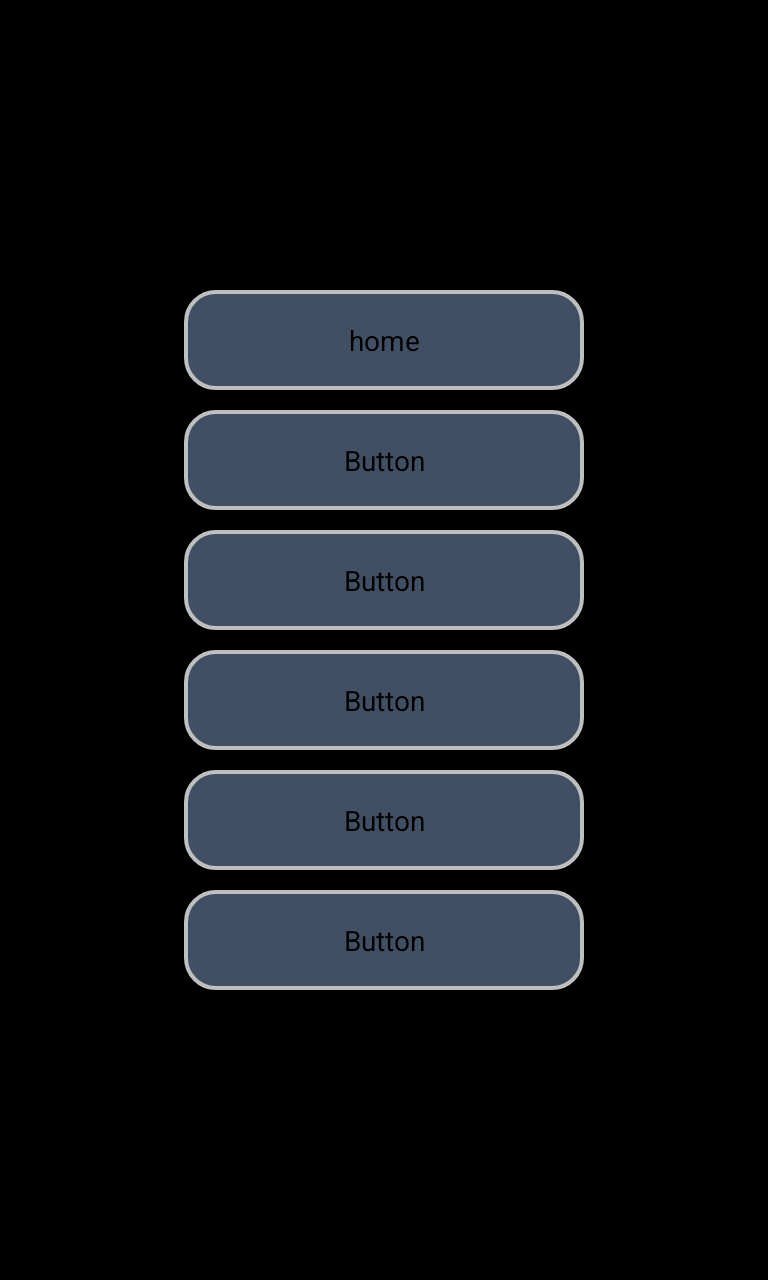
Repository: anant-agarwal/pc_remote
Layout: android_client/sample/res/layout/otherfeature.xml
The author's editor kept a copy of each file at every save. The layout is drawn from the files as they stood at one save, then again after the next save.
It is drawn on a 768 x 1280 px phone screen (xhdpi) without system bars, with theme android:Theme.NoTitleBar.Fullscreen; the app's code is not run.

Above is the layout before, as saved 2012-10-25 17:22:44.

After the next save:
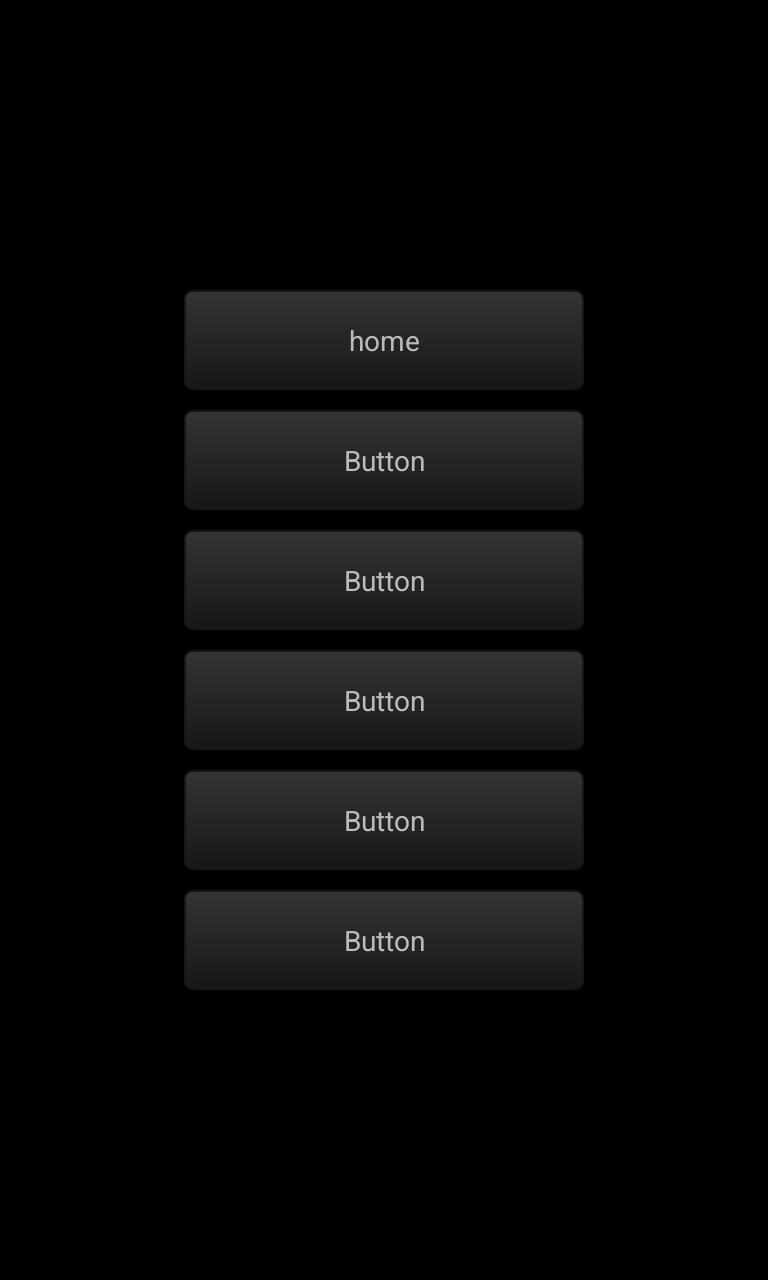
Saved 43 s later.
--- a/android_client/sample/res/layout/otherfeature.xml
+++ b/android_client/sample/res/layout/otherfeature.xml
@@ -16,10 +16,11 @@
             android:id="@+id/hom"
             android:layout_width="200dp"
             android:layout_height="50dp"
-            android:background="@drawable/btnstyle1"
+            android:background="@drawable/black"
             android:gravity="center"
             android:onClick="ofclk"
-            android:text="home" />
+            android:text="home"
+            android:textColor="@color/white" />
     </LinearLayout>
 
     <LinearLayout
@@ -33,10 +34,11 @@
             android:id="@+id/button5"
             android:layout_width="200dp"
             android:layout_height="50dp"
-            android:background="@drawable/btnstyle1"
+            android:background="@drawable/black"
             android:gravity="center"
             android:onClick="ofclk"
-            android:text="Button" />
+            android:text="Button"
+            android:textColor="@color/white" />
     </LinearLayout>
 
     <LinearLayout
@@ -50,10 +52,11 @@
             android:id="@+id/button4"
             android:layout_width="200dp"
             android:layout_height="50dp"
-            android:background="@drawable/btnstyle1"
+            android:background="@drawable/black"
             android:gravity="center"
             android:onClick="ofclk"
-            android:text="Button" />
+            android:text="Button"
+            android:textColor="@color/white" />
     </LinearLayout>
 
     <LinearLayout
@@ -67,10 +70,11 @@
             android:id="@+id/button3"
             android:layout_width="200dp"
             android:layout_height="50dp"
-            android:background="@drawable/btnstyle1"
+            android:background="@drawable/black"
             android:gravity="center"
             android:onClick="ofclk"
-            android:text="Button" />
+            android:text="Button"
+            android:textColor="@color/white" />
     </LinearLayout>
 
     <LinearLayout
@@ -84,10 +88,11 @@
             android:id="@+id/button1"
             android:layout_width="200dp"
             android:layout_height="50dp"
-            android:background="@drawable/btnstyle1"
+            android:background="@drawable/black"
             android:gravity="center"
             android:onClick="ofclk"
-            android:text="Button" />
+            android:text="Button"
+            android:textColor="@color/white" />
     </LinearLayout>
 
     <LinearLayout
@@ -101,10 +106,11 @@
             android:id="@+id/button2"
             android:layout_width="200dp"
             android:layout_height="50dp"
-            android:background="@drawable/btnstyle1"
+            android:background="@drawable/black"
             android:gravity="center"
             android:onClick="ofclk"
-            android:text="Button" />
+            android:text="Button"
+            android:textColor="@color/white" />
     </LinearLayout>
 
 </LinearLayout>
